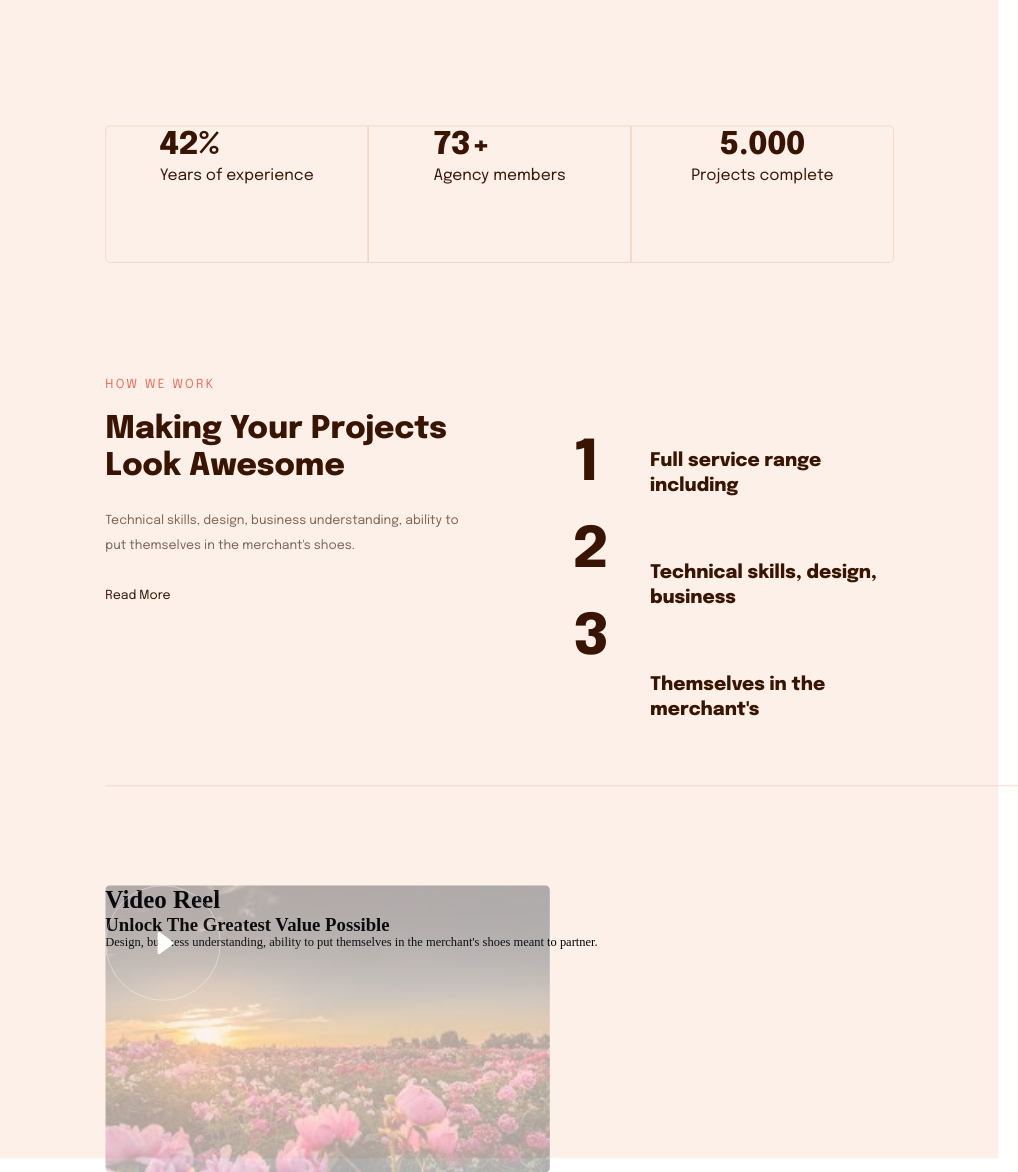
Repository: AytacJafarova/task2
Page: index.html
The author's editor kept a copy of each file at every save. The page is drawn from the files as they stood at one save, then again after the next save.
The browser window is 1280 px wide. The page is 1305 px wide, so the pictures cover 1305 px, including what lies to the right of the window. The pictures show the whole page, at 78% of full size.

Above is the page before, as saved 2023-08-01 14:13:06.

### index.html
<!DOCTYPE html>
<html lang="en">

<head>
    <meta charset="UTF-8">
    <meta name="viewport" content="width=device-width, initial-scale=1.0">
    <title>Document</title>
    <link rel="stylesheet" href="./index.css">
</head>

<body>
    <div class="container">
        <div class="projects">
            <ul>
                <li>
                    <div>
                        <h1>42%</h1>
                        <p>Years of experience</p>
                    </div>

                </li>
                <li>
                    <div>
                        <h1>73+</h1>
                        <p>Agency members</p>
                    </div>

                </li>
                <li>
                    <h1>5.000</h1>
                    <p>Projects complete</p>
                </li>
            </ul>
        </div>
        <div class="work">
            <div class="box1">
                <h1>How we work</h1>
                <h2>Making Your Projects <br> Look Awesome</h2>
                <p class="put">Technical skills, design, business understanding, ability to put themselves in the
                    merchant's shoes.</p>
                <p>Read More</p>
            </div>
            <div class="box2">
                <ul>
                    <li>1</li>
                    <li>2</li>
                    <li>3</li>
                </ul>
                <div class="texts">
                    <h1>Full service range including</h1>
                    <h1>Technical skills, design, business</h1>
                    <h1>Themselves in the merchant's</h1>
                </div>
            </div>
        </div>
        <div class="border"></div>
        <div class="video">
            <div class="video-img">
                <img class="first" src="./images/images.jpg" alt="">
                <img src="./images/play.svg" alt="">
            </div>
            <div class="texts">
                <h1>Video Reel</h1>
                <h2>Unlock The Greatest Value Possible</h2>
                <p>Design, business understanding, ability to put themselves in the merchant's shoes meant to partner.
                </p>
            </div>
        </div>
    </div>
</body>

</html>

### index.css
@import url('https://fonts.googleapis.com/css2?family=Epilogue:wght@400;800&display=swap');
* {
    padding: 0;
    margin: 0;
    box-sizing: border-box;
}
.container {
    padding: 161px 134px 268px 135px;
    background: #FDF0E9;
}
.projects ul {
    display: flex;
    /* border-radius: 6px 0px 0px 6px; */
}
.projects ul li {
    display: flex;
    flex-direction: column;
    /* justify-content: center; */
    align-items: center;
    list-style-type: none;
border: 1px solid #F3D1BF;
width: 33.33%;
height: 176px;
/* padding-left: 48px; */
}
li:first-child{
border-radius: 6px 0px 0px 6px;
}
li:last-child{
border-radius: 0px 6px 6px 0px;
}


.projects ul li h1 {
    color: var(--text-dark, #391400);
font-feature-settings: 'clig' off, 'liga' off;
font-family: Epilogue;
font-size: 40px;
font-style: normal;
font-weight: 800;
line-height: 48px;
}
.projects ul li p {
    color: var(--text-dark, #391400);
font-feature-settings: 'clig' off, 'liga' off;
font-family: Epilogue;
font-size: 20px;
font-style: normal;
font-weight: 400;
line-height: 32px;
}
.work {
    display:flex ;
    margin-top: 140px;
}
.box1 h1 {
    color: var(--text-dark-accent, #EF6D58);
font-feature-settings: 'clig' off, 'liga' off;
font-family: Epilogue;
font-size: 16px;
font-style: normal;
font-weight: 400;
line-height: 32px;
letter-spacing: 3px;
text-transform: uppercase;
margin-bottom: 17px;
}
.box1 h2 {
    color: var(--text-dark, #391400);
font-feature-settings: 'clig' off, 'liga' off;
font-family: Epilogue;
font-size: 40px;
font-style: normal;
font-weight: 800;
line-height: 48px;
margin-bottom: 30px;
}
.box1 .put {
    width: 470px;
height: 68px;
flex-shrink: 0;
    color: var(--text-dark-gray, rgba(57, 20, 0, 0.64));
font-feature-settings: 'clig' off, 'liga' off;
font-family: Epilogue;
font-size: 16px;
font-style: normal;
font-weight: 400;
line-height: 32px;
margin-bottom: 28px;
}
.box1 p {
    color: var(--text-dark, #391400);
font-feature-settings: 'clig' off, 'liga' off;
font-family: Epilogue;
font-size: 16px;
font-style: normal;
font-weight: 400;
line-height: 32px;
}
.box2 {
    display: flex;
    margin-left: 130px;
    margin-top: 78px;
}
.box2 ul li {
    list-style-type: none;
    color: #391400;
font-feature-settings: 'clig' off, 'liga' off;
font-family: Epilogue;
font-size: 72px;
font-style: normal;
font-weight: 800;
line-height: 80px;
letter-spacing: -2px;
margin-bottom: 32px;
}
.box2 .texts h1 {
    color: var(--text-dark, #391400);
font-feature-settings: 'clig' off, 'liga' off;
font-family: Epilogue;
font-size: 24px;
font-style: normal;
font-weight: 700;
line-height: 32px;
margin-bottom: 80px;
margin-top: 20px;
margin-left: 54px;
}
.border {
    width: 1170px;
height: 1px;
flex-shrink: 0;
background: #F3D1BF;
}
.video {
    display: flex;
    margin-top:127px;
}
.video .video-img .first  {
    width: 570px;
    height: 368px;
    flex-shrink: 0;
    border-radius: 6px;
opacity: 0.318057119846344;
background: #5C2000;
}
.video .video-img  img {
    width: 148px;
height: 148px;
flex-shrink: 0;
color: FFFFF;
margin-bottom: 0;
position: absolute;
}
.video-img {
    position: relative;
}

After the next save:
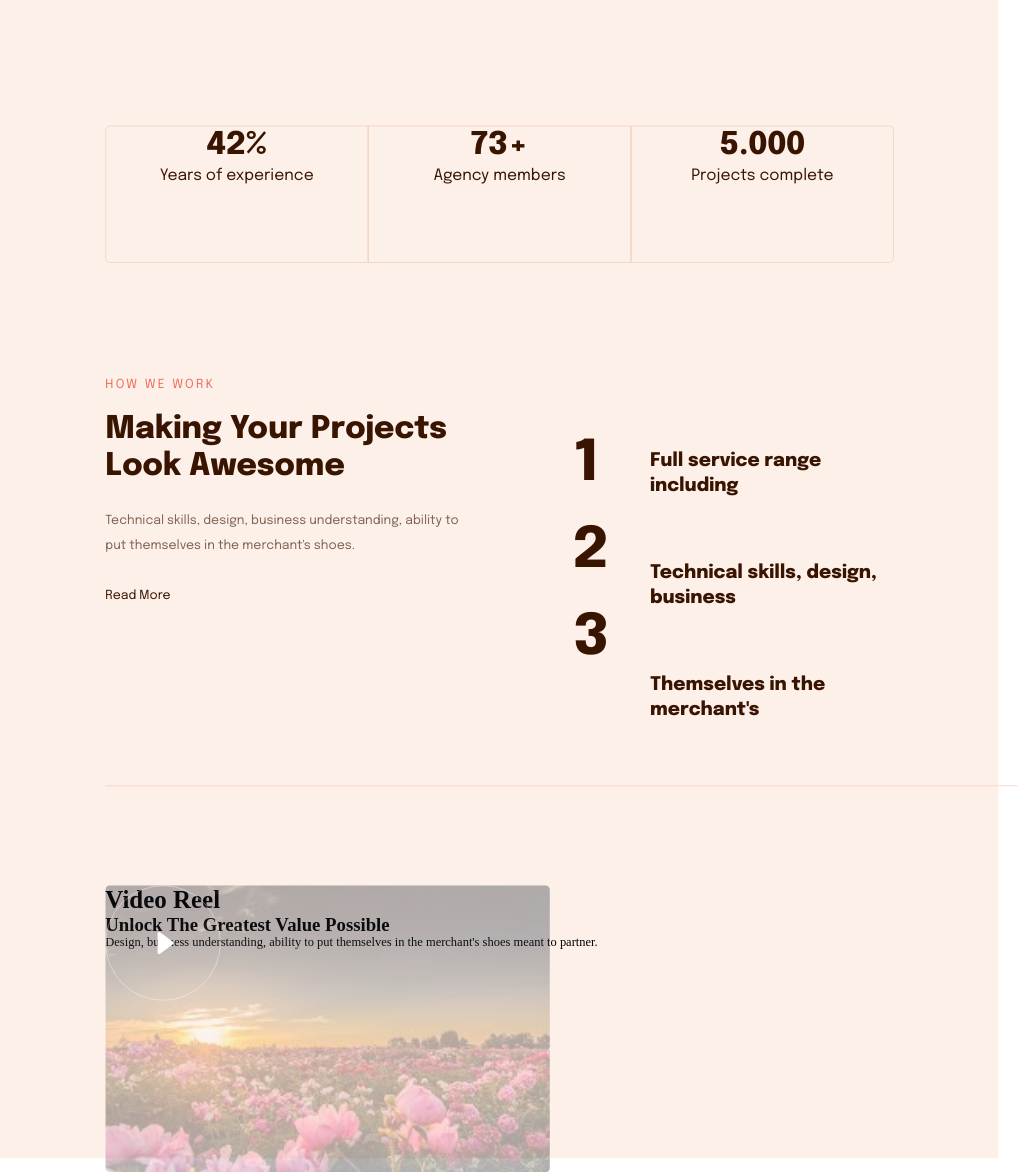
Saved 9 s later.
--- a/index.html
+++ b/index.html
@@ -13,18 +13,13 @@
         <div class="projects">
             <ul>
                 <li>
-                    <div>
-                        <h1>42%</h1>
-                        <p>Years of experience</p>
-                    </div>
 
+                    <h1>42%</h1>
+                    <p>Years of experience</p>
                 </li>
                 <li>
-                    <div>
-                        <h1>73+</h1>
-                        <p>Agency members</p>
-                    </div>
-
+                    <h1>73+</h1>
+                    <p>Agency members</p>
                 </li>
                 <li>
                     <h1>5.000</h1>
